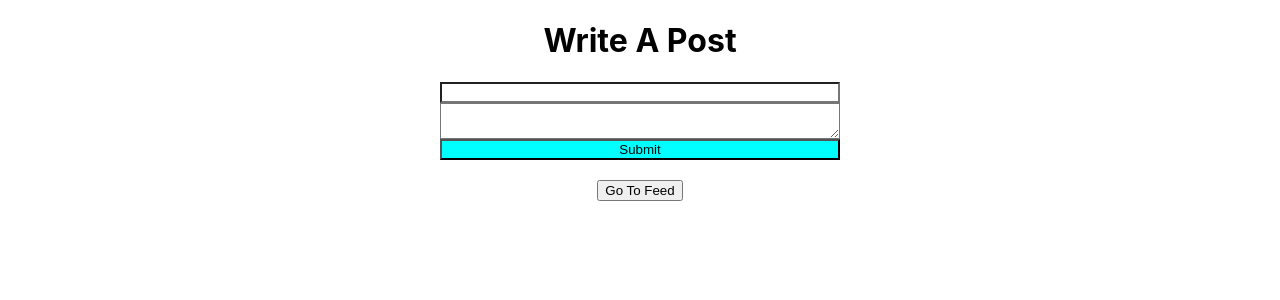
Repository: shaelorch/comp-week4
Page: /addPosts
These files come from the project's save history. The page is drawn as it stood at one moment and after the next save; the edit follows.
The browser window is 1280 px wide. The pictures show the whole page.
The project was rebuilt for these pictures with package versions that can differ from the ones it lists, and the page was loaded fresh each time. The framework's server and built-in components were replaced by stand-ins that run in the browser. Also part of the build but not shown: next.config.js.

Above is the page before, as saved 2023-01-31 23:09:21.

After the next save:
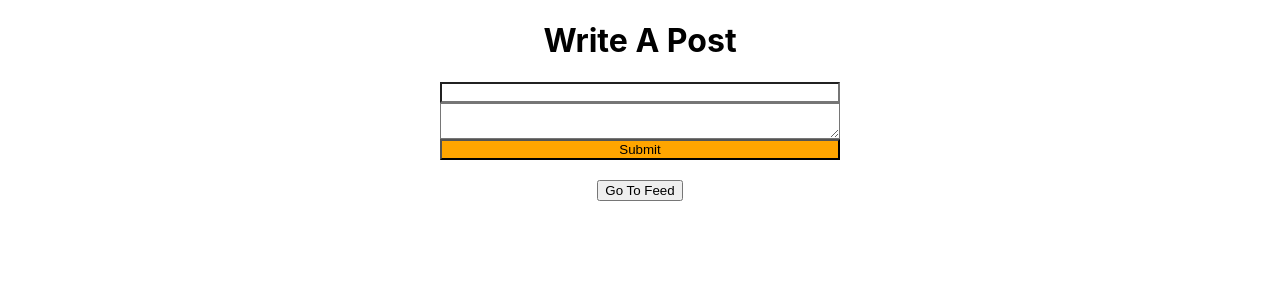
Saved 5 s later.
--- a/pages/addPosts.js
+++ b/pages/addPosts.js
@@ -20,7 +20,7 @@ export default function Home({posts}) {
           <textarea style={{backgroundColor:'white'}} value={content} onChange={(e) => setContent(e.target.value)} />
 
 
-            <button style={{backgroundColor:'aqua'}} type="submit">Submit</button>
+            <button style={{backgroundColor:'orange'}} type="submit">Submit</button>
         </form>
         <a href='/'>
             <button style={{display:'flex', marginTop:20}}>Go To Feed</button>
